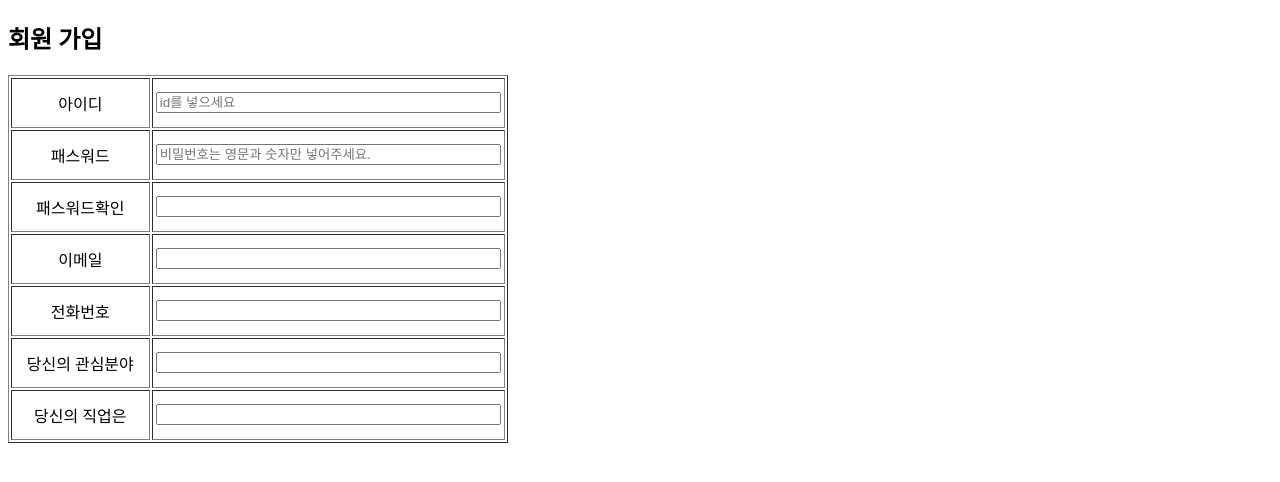
Repository: mungkeu/JSP_Web
Page: http://localhost/DataBase/MemberJoin.jsp
An editor plug-in stored every save of this project. The page is shown before and after the next save, followed by the edit.
The browser window is 1280 px wide. The pictures show the whole page.
The page is served by Tomcat 9. Other server files are loaded and not shown.

Above is the page before, as saved 2022-08-01 22:52:42.

### DataBase/src/main/webapp/MemberJoin.jsp
<%@ page language="java" contentType="text/html; charset=UTF-8"
    pageEncoding="UTF-8"%>
<!DOCTYPE html>
<html>
<head>
<meta charset="UTF-8">
<title>Insert title here</title>
</head>
<body>
	<h2> 회원 가입 </h2>
	<form action="" method="post">
	<table width="500" border="1">
	<tr height="50">
		<td width="150" align="center">아이디</td>
		<td width="350" align="center"><input type="text" name="id" size="40" placeholder="id를 넣으세요">
	</tr>
	<tr height="50">
		<td width="150" align="center">패스워드</td>
		<td width="350" align="center"><input type="password" name="pass1" size="40" placeholder="비밀번호는 영문과 숫자만 넣어주세요.">
	</tr>
	<tr height="50">
		<td width="150" align="center">패스워드확인</td>
		<td width="350" align="center"><input type="password" name="pass2" size="40">
	</tr>
	<tr height="50">
		<td width="150" align="center">이메일</td>
		<td width="350" align="center"><input type="email" name="email" size="40">
	</tr>
	<tr height="50">
		<td width="150" align="center">전화번호</td>
		<td width="350" align="center"><input type="tel" name="tel" size="40">
	</tr>
	<tr height="50">
		<td width="150" align="center">당신의 관심분야</td>
		<td width="350" align="center"><input type="text" name="id" size="40"
	</tr>
	<tr height="50">
		<td width="150" align="center">당신의 직업은</td>
		<td width="350" align="center"><input type="text" name="id" size="40"
	</tr>
	</table>
	</form>
</body>
</html>

After the next save:
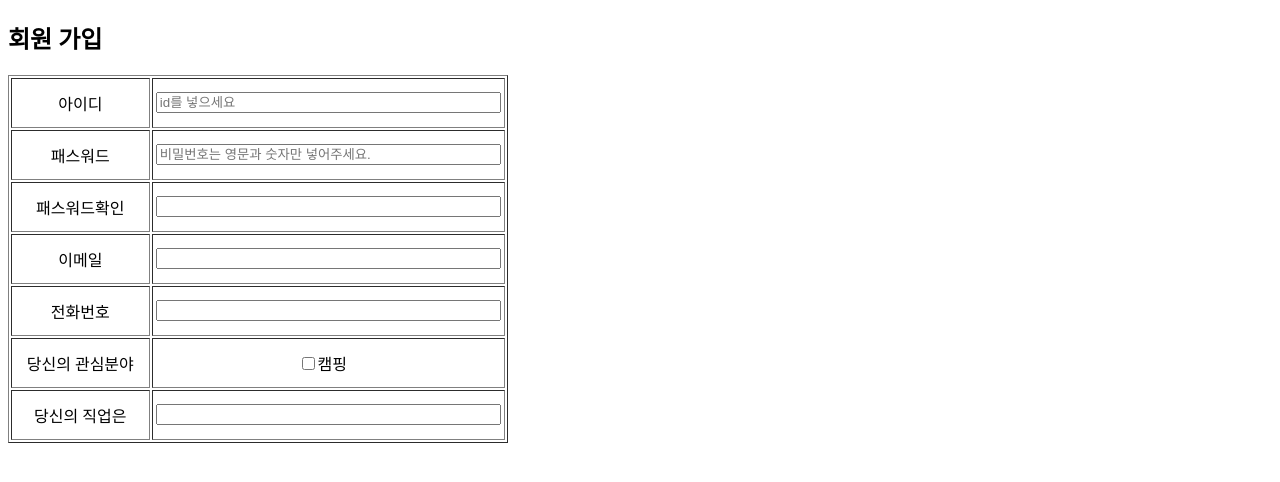
Saved 85 s later.
--- a/DataBase/src/main/webapp/MemberJoin.jsp
+++ b/DataBase/src/main/webapp/MemberJoin.jsp
@@ -32,7 +32,9 @@
 	</tr>
 	<tr height="50">
 		<td width="150" align="center">당신의 관심분야</td>
-		<td width="350" align="center"><input type="text" name="id" size="40"
+		<td width="350" align="center">
+		<input type="checkbox" name="hobby" value="캠핑">캠핑 &nbsp;&nbsp;
+		</td>
 	</tr>
 	<tr height="50">
 		<td width="150" align="center">당신의 직업은</td>
